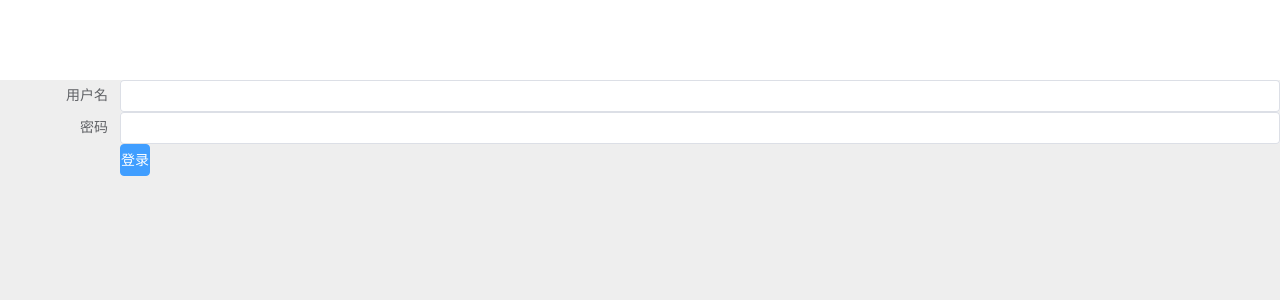
Repository: secret47/test-office-demo
Page: /
The author's editor kept a copy of each file at every save. The page is drawn from the files as they stood at one save, then again after the next save.
The browser window is 1280 px wide. The pictures show the whole page.
The project was rebuilt for these pictures with package versions that can differ from the ones it lists, and the page was loaded fresh each time. Also part of the build but not shown: vite.config.js.

Above is the page before, as saved 2024-10-28 10:59:27.

### src/main.js
import { createApp } from 'vue'
import '@/style/main.scss'
import App from './App.vue'
import router from './router'

import lang from "./local"


import ElementPlus  from "element-plus";
import 'element-plus/dist/index.css'

const app = createApp(App);

app.use(lang)
app.use(ElementPlus)
app.use(router)
app.mount('#app')

### src/style/main.scss
*{
    padding: 0;
    margin: 0;
}
html,body{
    width:100%;
    height: 100%;
    background: #eee;
}
#app{
    width: 100%;
    height: 100%;
}

### src/router/index.js
import { createRouter, createWebHistory } from 'vue-router'


const routes = [
    {
        path: '/',
        name: 'Login',
        component: () => import('@/views/login.vue'),
    },
    // 其他路由...
]

const router = createRouter({
    history: createWebHistory(),
    routes
})

export default router

### src/local/index.js
import { createI18n } from "vue-i18n";

import message from "./language"
const i18n = createI18n({
    locale: "zh",
    fallbackLocale: "zh",
    messages: message
})

export default i18n;

### src/views/login.vue
<template>
    <div class="login">
        <div class="header">
            <div class="logo"></div>
            <div class="language"></div>
        </div>
        <div class="loginBox">
            <el-form :model="userInfo" label-width="120px">
                <el-form-item :label="$t('username')">
                    <el-input v-model="userInfo.username" />
                </el-form-item>
                <el-form-item :label="$t('password')">
                    <el-input v-model="userInfo.password" />
                </el-form-item>
                <el-form-item>
                    <el-button type="primary">{{ $t('login') }}</el-button>
                </el-form-item>
            </el-form>
        </div>
    </div>
</template>
<script setup>
import { reactive, ref } from 'vue'
const userInfo = reactive({
    username: "",
    password: ""
})
</script>
<style lang="scss" scoped>
    .header{
        width:100%;
        height: 80px;
        background: #ffffff;
    }
</style>

### src/local/language/index.js
import zh from "./zh"
import en from "./en"

export default {
    ...en,
    ...zh
}

### src/local/language/zh.js
export default{
    zh:{
        title:"后台管理系统",
        login:"登录",
        username:"用户名",
        password:"密码",
        remember:"记住密码",
        forget:"忘记密码",
    }
}

### src/local/language/en.js
export default{
    en:{
        title:"system management"
    }
}

Loaded but not shown: index.html (common file); src/App.vue (common file)

After the next save:
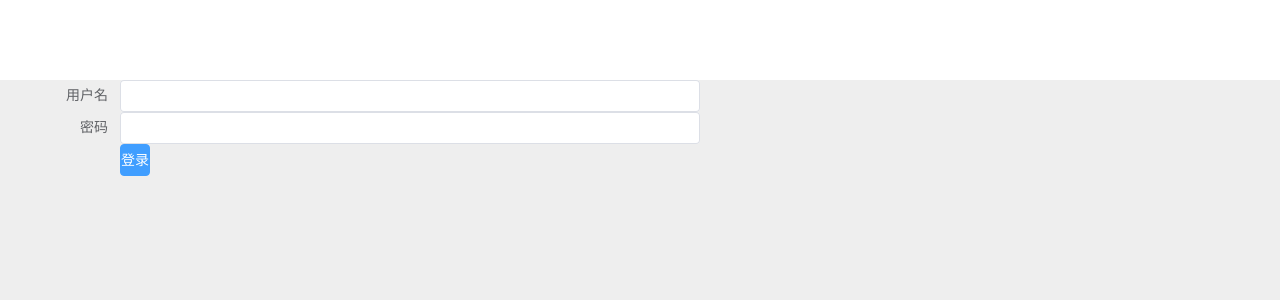
Saved 29 s later.
--- a/src/views/login.vue
+++ b/src/views/login.vue
@@ -32,4 +32,10 @@ const userInfo = reactive({
         height: 80px;
         background: #ffffff;
     }
+
+    .loginBox{
+        width:700px;
+        height: 400px;
+        magrin:0 auto;
+    }
 </style>
